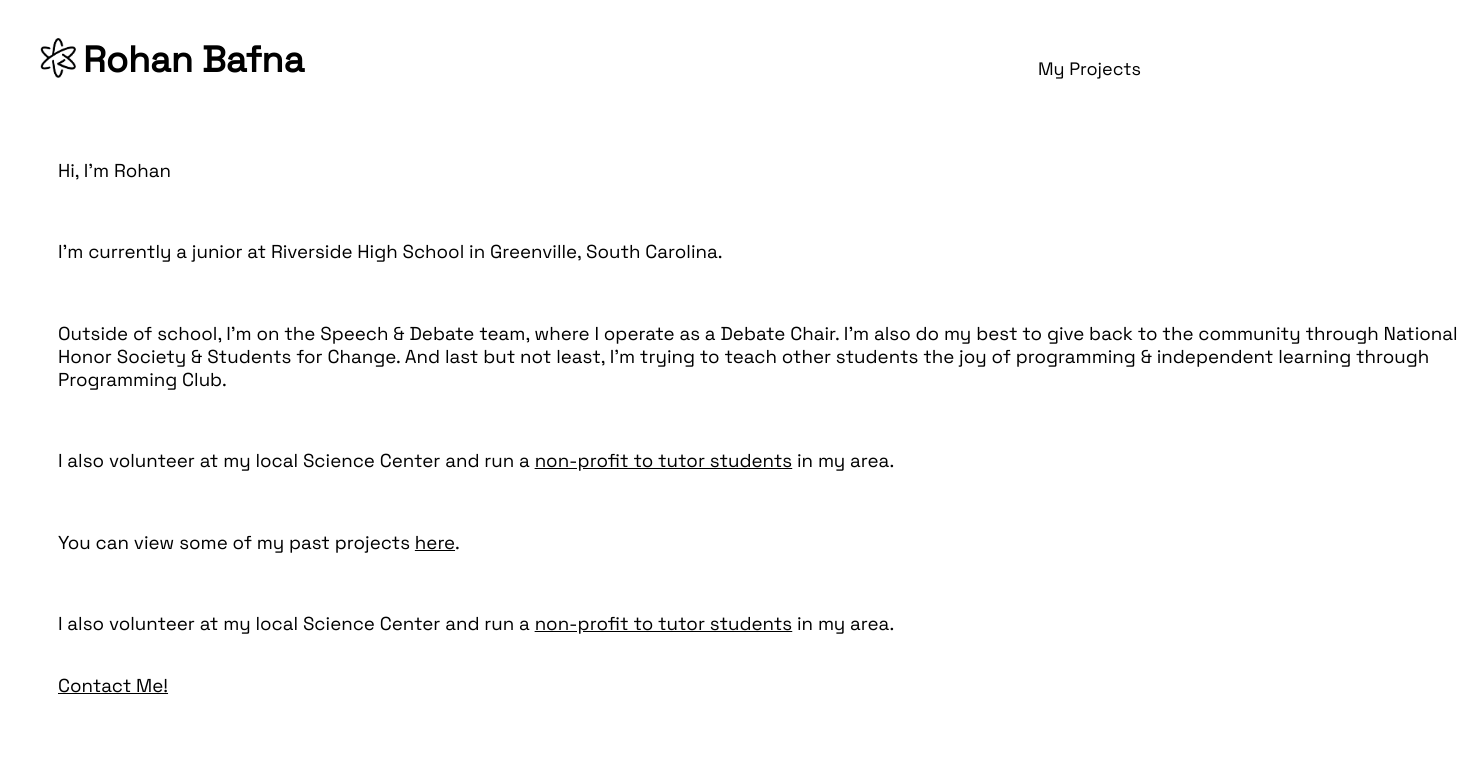
Repository: rbafna6507/rbafna6507.github.io
Page: index.html
An editor plug-in stored every save of this project. The page is shown before and after the next save, followed by the edit.
The browser window is 1280 px wide. The page is 1462 px wide, then 1442 px, then 1462 px, so the pictures cover 1462 px, including what lies to the right of the window. The pictures show the whole page.

Above is the page before, as saved 2020-12-20 21:58:09.

### index.html
<!DOCTYPE HTML>
<html>
<head>
    <link rel="shortcut icon" type="image/png" href="circular actual atom logo.png"/>
    <title>Rohan Bafna | About
    </title>
    <link href= "about.css" type= "text/css" rel= "stylesheet">
    <link href="https://fonts.googleapis.com/css2?family=Space+Grotesk:wght@300;400&display=swap" rel="stylesheet">
</head>
<body>
    <div id= "navbar">
        <header class= "header">
            <div id="hi">
                <a href="index.html">
                    <img alt="logo" id= "logo" src="actual atom logo.png">
                 </a>
                <a href= "index.html"><h1>Rohan Bafna</h1></a>
            </div>
            <div class= "leftsidelist">
                <ul>
                    <a href= "projects.html"><li class= "projects">My Projects</li></a>
                </ul>
            </div>
        </header>
      </div>
<div class= "aboutme">
        <h3>Hi, I'm Rohan</h3>
            <br>
        <h3>I'm currently a junior at Riverside High School in Greenville, South Carolina.</h3>
            <br>
        <h3>Outside of school, I'm on the Speech & Debate team, where I operate as a Debate Chair. I'm also do my best to give back to the community through National Honor Society & Students for Change. And last but not least, I'm trying to teach other students the joy of programming & independent learning through Programming Club.</h3>
            <br>
            <h3>I also volunteer at my local Science Center and run a <a href = "scolare.org" target = "_blank"><u>non-profit to tutor students</u></a> in my area.</h3>
            <br>
        <h3>You can view some of my past projects <a href = "projects.html"><u>here</u></a>.</h3>
            <br>
        <h3>I also volunteer at my local Science Center and run a <a href = "scolare.org" target = "_blank"><u>non-profit to tutor students</u></a> in my area.</h3>
    </div>
</body>
<footer>
    <div id= "contactme">
        <br>
        <h3><a href= "mailto:rbafna6507@gmail.com?subject=Hello!" target= "_blank">Contact Me!</a></h3>
    </div>
</footer>
</html>

### about.css
* {box-sizing:border-box}

h1 {
    padding-left: 50px;
    font-size: 36px;
    position: relative;
    right: 5px;

}

li{
    display: inline;
    list-style-type: none;
    text-align: left;
    padding-left: 30px;
    font-size: 18px;
    font-weight: 36px;
    width: 150px;
    display: inline-block;
    position: relative;
    left: 970px;
    bottom: 60px;
}

ul{
    display: inline;
    margin: 10px 0px;
    padding: 0;
    text-align: center;
    position: relative;
}

h3 {
    display: block;
    font-weight: normal;
}

.header {
    font-family: 'Space Grotesk', sans-serif;
    position: relative;
    left: 30px;
    bottom: 70px;
}

.leftsidelist {
  position: relative;
  top: 10px;
}

.home {
  padding-bottom: 30px;
}

.about {
  padding-bottom: 30px;
}

#navbar {
  position: relative;
  top: 30px;

}

#logo {
    display: inline-block;
    width: 40px;
    height: 40px;
    position: relative;
    top: 70px;
    bottom: 400px;
  }

a:link {
  text-decoration: none;
  color: black;
}

a:visited {
  text-decoration: underline;
  color: black;
}

a:hover {
  color: #ce321e
}

a:active {
  color: #ce321e
}

.aboutme {
    display: inline-block;
    position: relative;
    left: 50px;
    bottom: 30px;
    font-family: 'Space Grotesk', sans-serif;
}

h2 {
    font-size: 28px;
}

html {
    width: 1420px;
}

#contactme {
    display: inline-block;
    position: relative;
    left: 50px;
    bottom: 50px;
    font-family: 'Space Grotesk', sans-serif;
    text-decoration: underline;
}

After the next save:
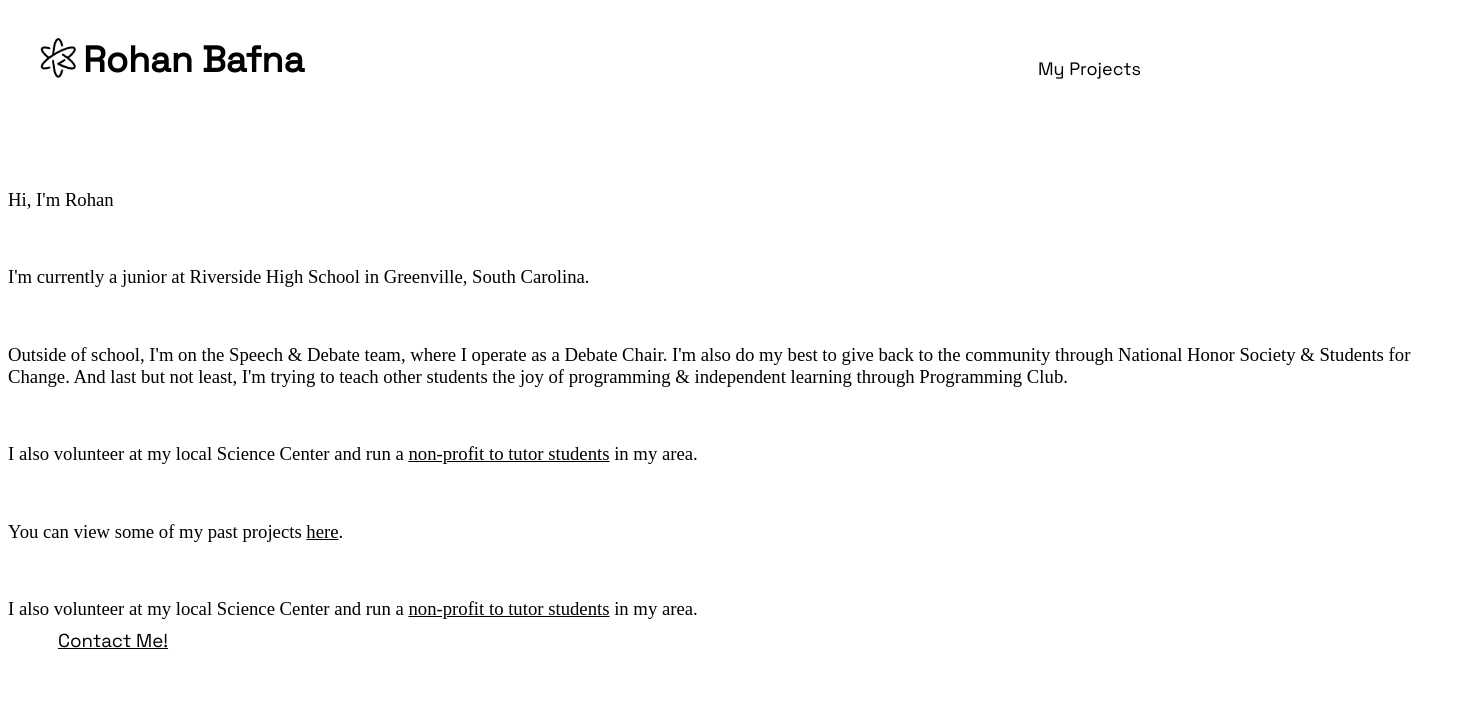
Saved 16 s later.
--- a/index.html
+++ b/index.html
@@ -23,7 +23,7 @@
             </div>
         </header>
       </div>
-<div class= "aboutme">
+<div class= "col-1">
         <h3>Hi, I'm Rohan</h3>
             <br>
         <h3>I'm currently a junior at Riverside High School in Greenville, South Carolina.</h3>

After the save that followed:
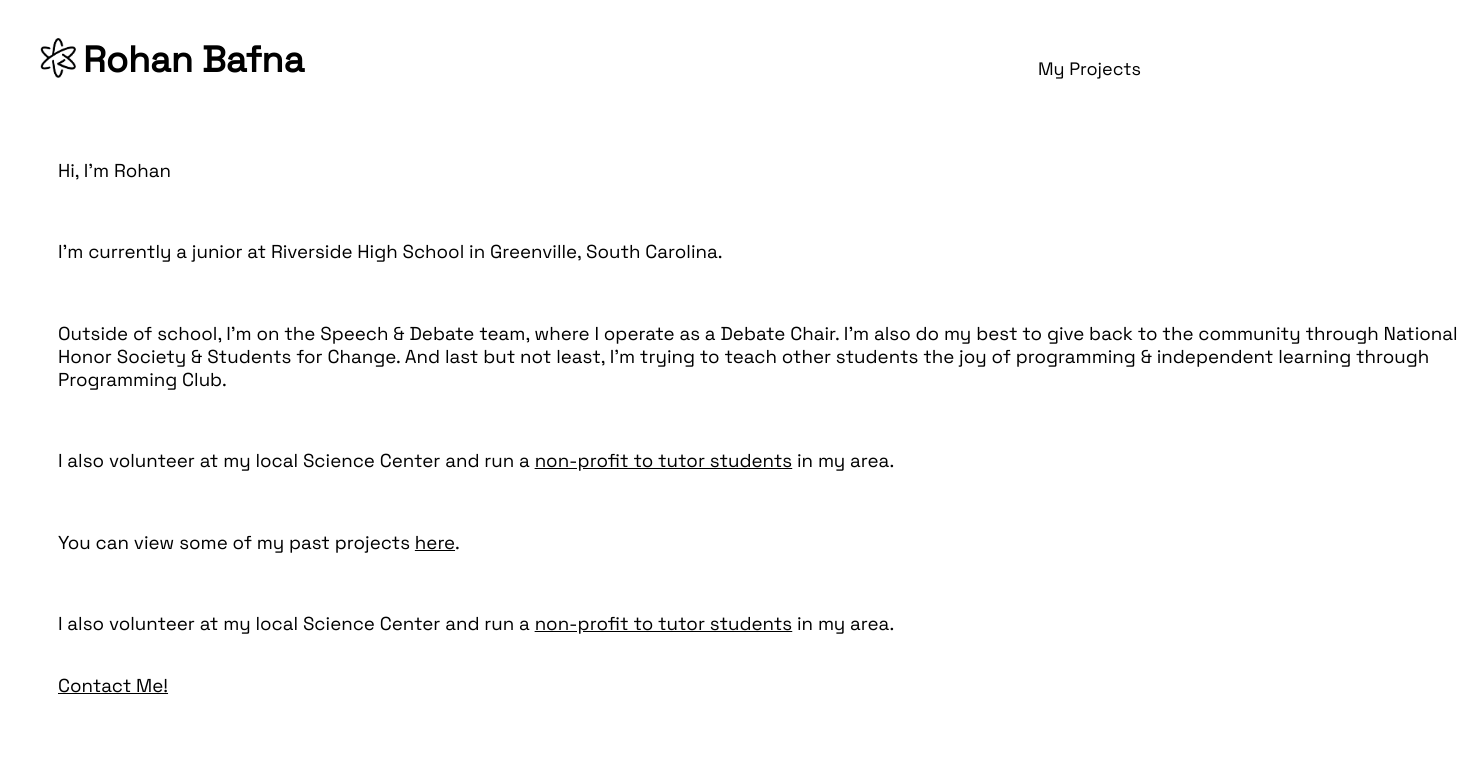
Saved 7 s later.
--- a/index.html
+++ b/index.html
@@ -23,7 +23,7 @@
             </div>
         </header>
       </div>
-<div class= "col-1">
+<div class= "aboutme">
         <h3>Hi, I'm Rohan</h3>
             <br>
         <h3>I'm currently a junior at Riverside High School in Greenville, South Carolina.</h3>
